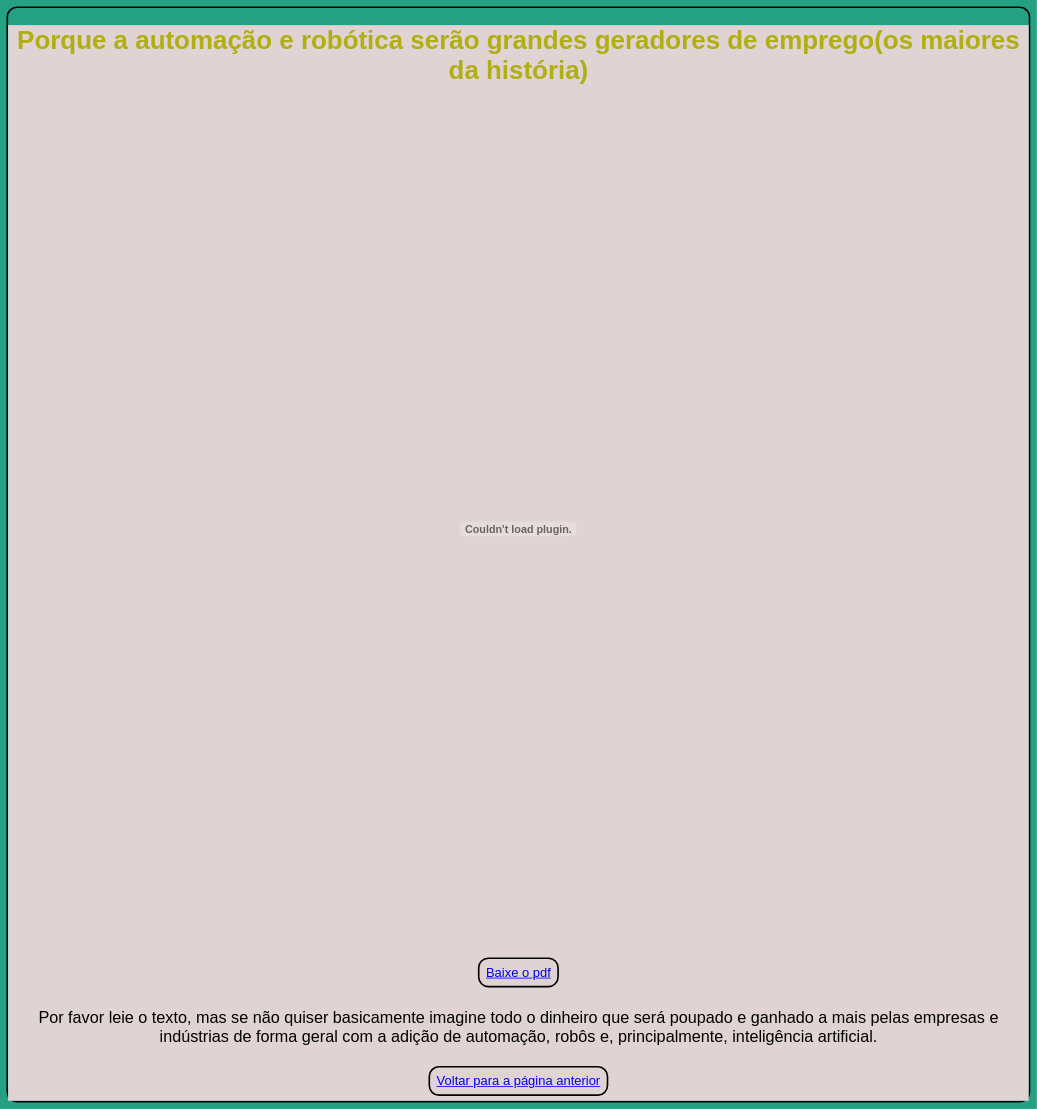
Repository: batmit/FutureFundation.github.io-1
Page: menu/articles/economia/automação.html
An editor plug-in stored every save of this project. The page is shown before and after the next save, followed by the edit.
The browser window is 1280 px wide. The pictures show the whole page, at 81% of full size.

Above is the page before, as saved 2021-11-07 17:45:14.

### menu/articles/economia/automação.html
<!DOCTYPE html>
<html lang="pt-BR">
<head>
    <meta charset="UTF-8">
    <meta http-equiv="X-UA-Compatible" content="IE=edge">
    <meta name="viewport" content="width=device-width, initial-scale=1.0">
    <title>Porque a automação e robótica serão grandes geradores de emprego</title>

    <link rel="stylesheet" href="/menu/main.css">
</head>
<body>

    <div id="all">

        <header>
            <h1>Porque a automação e robótica serão grandes geradores de emprego(os maiores da história)</h1>
        </header>

        <embed src="./03. A automação e a robótica, ao contrário do imaginado, serão os grandes geradores dos empregos futuros (IMB).pdf" width="800px" height="1000px" />

        <p></p>

        <a href="./03. A automação e a robótica, ao contrário do imaginado, serão os grandes geradores dos empregos futuros (IMB).pdf">Baixe o pdf</a>
        <p>Por favor leie o texto, mas se não quiser basicamente imagine todo o dinheiro que será poupado e ganhado a mais pelas empresas e indústrias de forma geral com a adição de automação, robôs e, principalmente, inteligência artificial. </p>

        <p></p>
        <a href="./economia.html">Voltar para a página anterior</a>
    </div>

</body>
</html>

### menu/main.css
body{

    text-align: center;

    border: black 2px solid;

    border-radius: 0.8rem;

    font-family: 'Ubuntu', arial;

    background-color: rgb(36, 161, 130);


}

#articles {
    gap: 3px;
}

#all{

    background-color: rgb(223, 211, 211);

}


#codigo{
    text-align:left;

}


img{
    text-align: center;
    justify-content: center;

}

p{
    font-size: 20px;
    font-family: 'Ubuntu', arial;
}

a{
    border: 2px solid black;

    border-radius: 0.8rem;

    box-sizing: border-box;

    padding: 0.5rem;

    line-height:3rem;

    margin: 2px;


}

a:hover{

    background-color:#F0FFFF;

}

h1{

    margin-bottom: 3rem;

    color: rgb(177, 174, 17);

}

audio {
    -webkit-transition:all 0.5s linear;
    -moz-transition:all 0.5s linear;
    -o-transition:all 0.5s linear;
    transition:all 0.5s linear;
    -moz-box-shadow: 2px 2px 4px 0px #006773;
    -webkit-box-shadow:  2px 2px 4px 0px #006773;
    box-shadow: 2px 2px 4px 0px #006773;
    -moz-border-radius:7px 7px 7px 7px ;
    -webkit-border-radius:7px 7px 7px 7px ;
    border-radius:7px 7px 7px 7px ;
}

audio:hover, audio:focus, audio:active {

-webkit-box-shadow: 15px 15px 20px rgba(0,0, 0, 0.4);
-moz-box-shadow: 15px 15px 20px rgba(0,0, 0, 0.4);
box-shadow: 15px 15px 20px rgba(0,0, 0, 0.4);
-webkit-transform: scale(1.05);
-moz-transform: scale(1.05);
transform: scale(1.05);

}



@media (max-width: 900px) {


    a{

        display: block;
        line-height: 0.5rem;
        padding: 1rem;

    }

    #img{
        text-align: right;
    }

}

@media (prefers-color-scheme: dark) {
    #all{

        background-color: rgb(90, 73, 73);

    }

    h1{
        color: white
    }

    p{
        color: white;
    }

    a{
        background-color: aqua;
    }

    h3{
        color: white;
    }

    strong {
        color: white;
    }


}

After the next save:
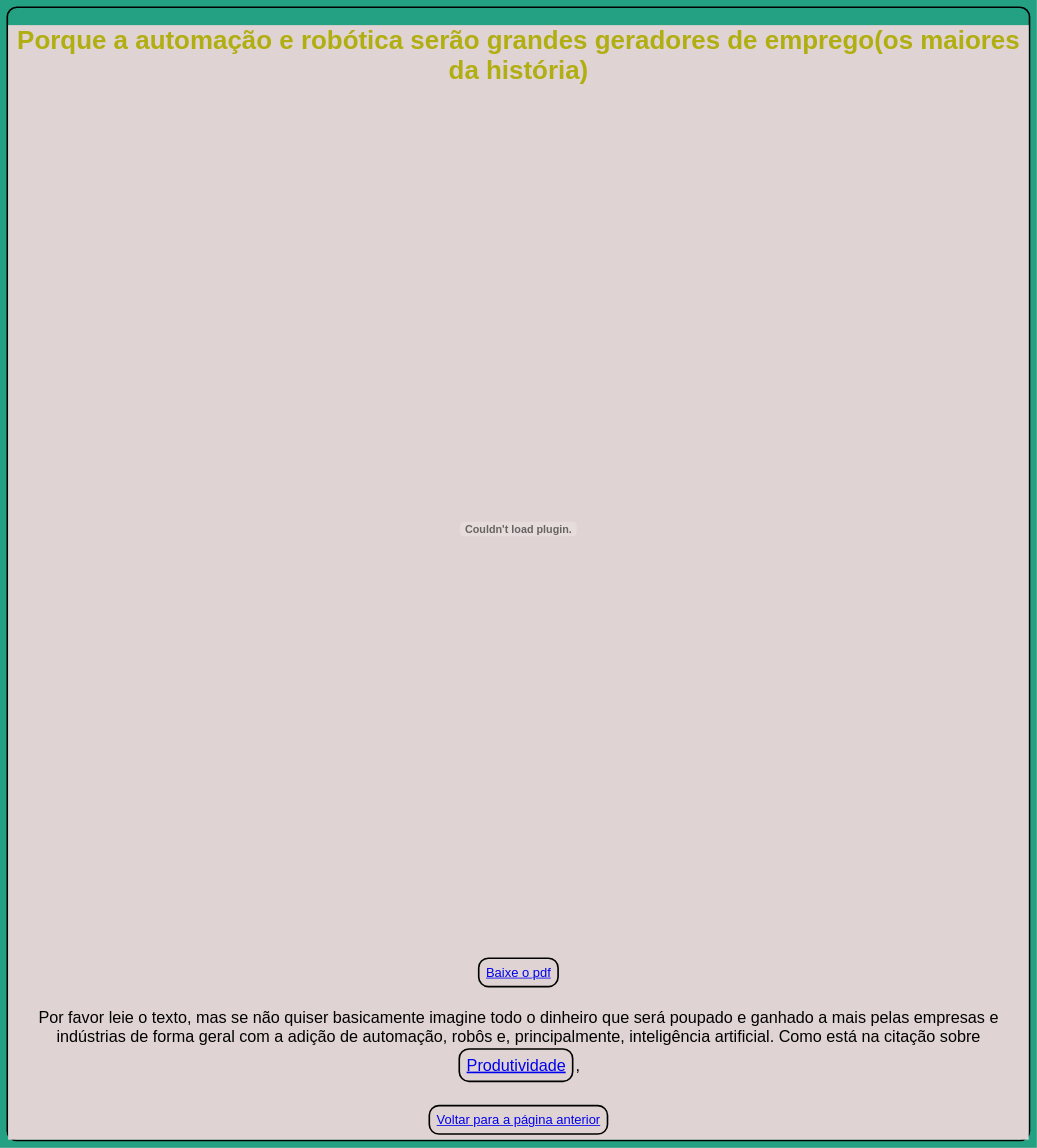
Saved 34 s later.
--- a/menu/articles/economia/automação.html
+++ b/menu/articles/economia/automação.html
@@ -21,7 +21,7 @@
         <p></p>
 
         <a href="./03. A automação e a robótica, ao contrário do imaginado, serão os grandes geradores dos empregos futuros (IMB).pdf">Baixe o pdf</a>
-        <p>Por favor leie o texto, mas se não quiser basicamente imagine todo o dinheiro que será poupado e ganhado a mais pelas empresas e indústrias de forma geral com a adição de automação, robôs e, principalmente, inteligência artificial. </p>
+        <p>Por favor leie o texto, mas se não quiser basicamente imagine todo o dinheiro que será poupado e ganhado a mais pelas empresas e indústrias de forma geral com a adição de automação, robôs e, principalmente, inteligência artificial. Como está na citação sobre <a href="../speechs/produtividade.html">Produtividade</a>, </p>
 
         <p></p>
         <a href="./economia.html">Voltar para a página anterior</a>
